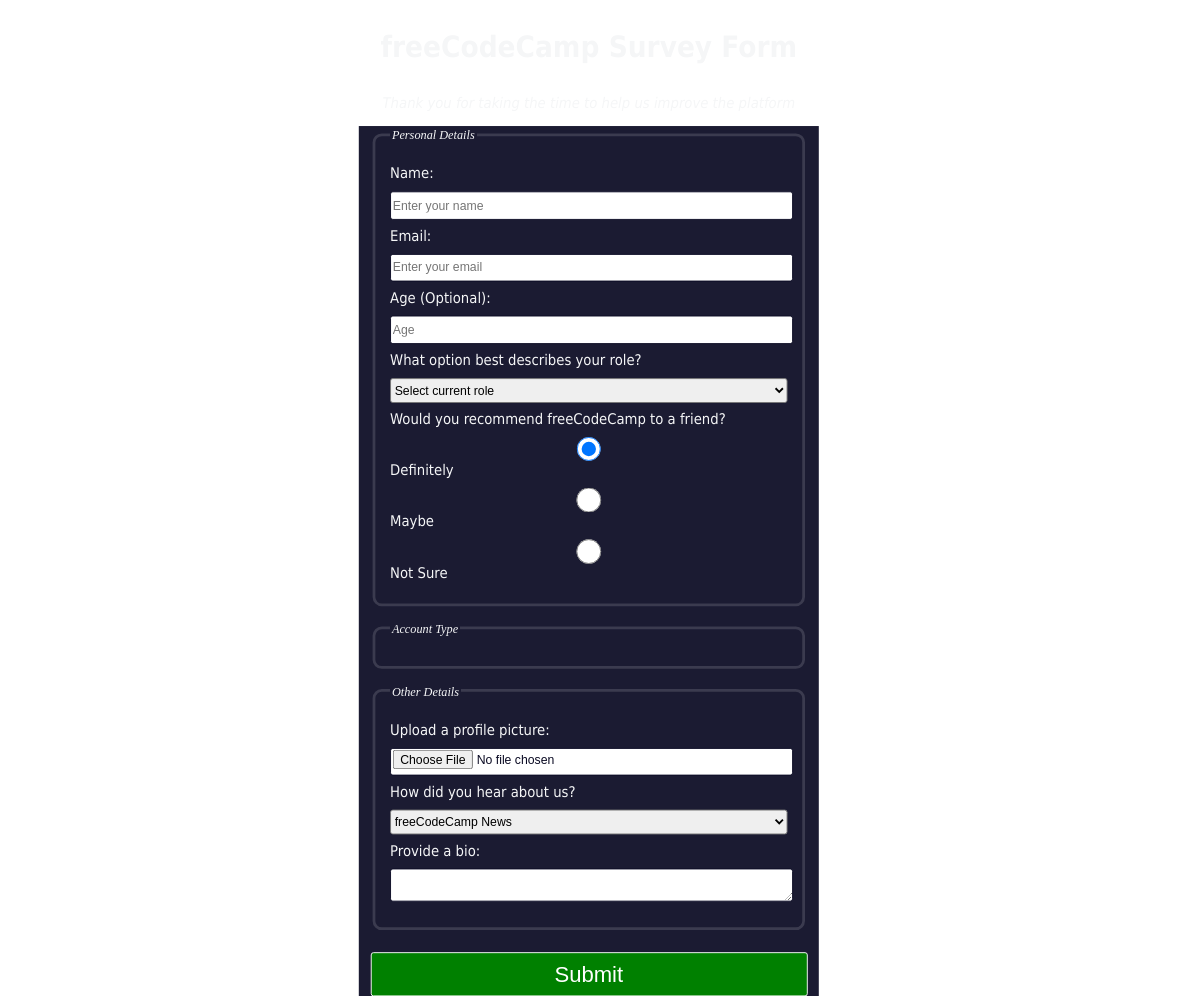
Repository: Lungdjos/survey_form_certification
Page: index.html
These files come from the project's save history. The page is drawn as it stood at one moment and after the next save; the edit follows.
The browser window is 1280 px wide. The pictures show the whole page, at 92% of full size.

Above is the page before, as saved 2023-09-30 03:49:36.

After the next save:
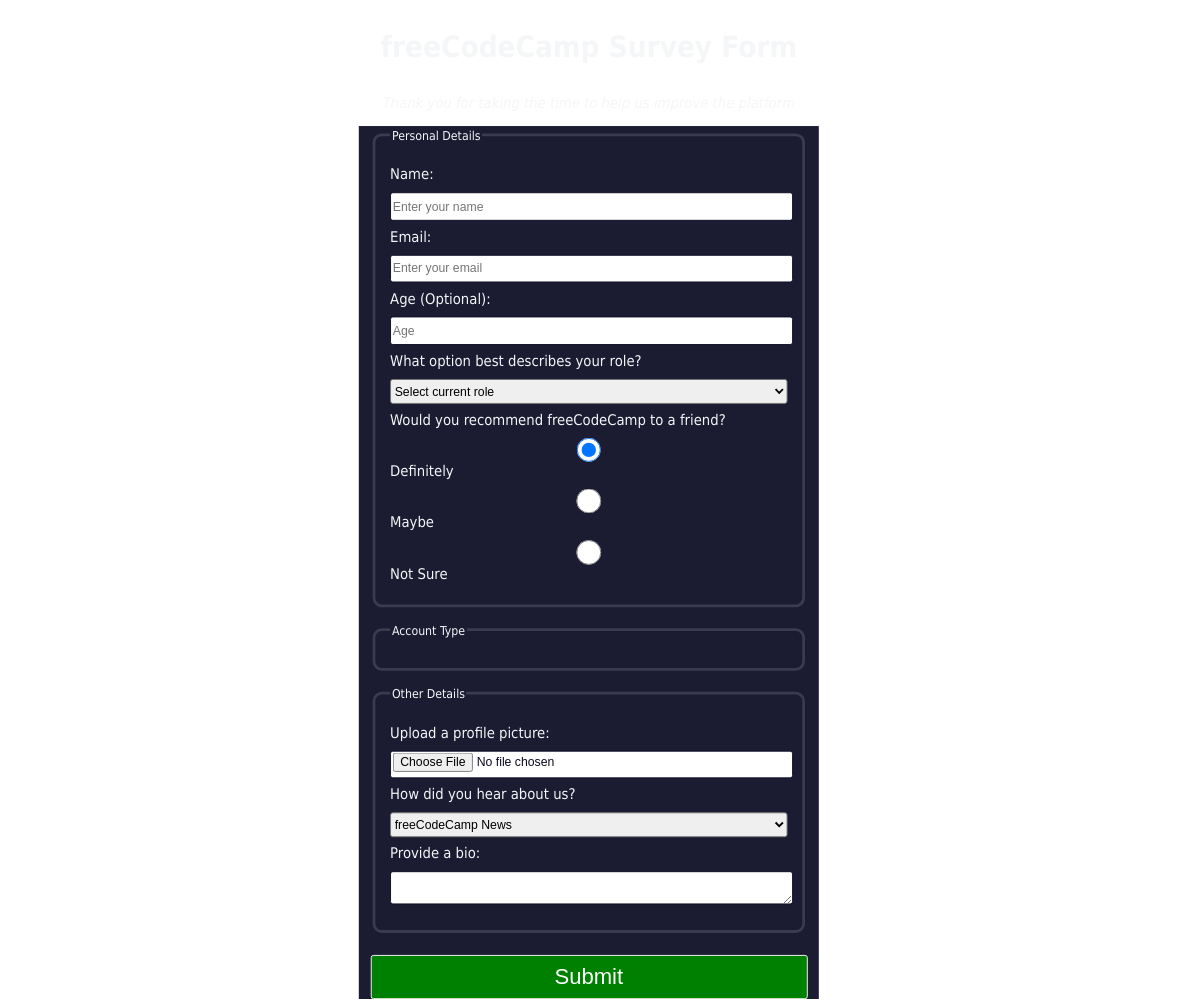
Saved 22 s later.
--- a/styles.css
+++ b/styles.css
@@ -65,7 +65,8 @@
     ;
 }
 
-input {}
+
+/* input {}
 
 .inline label {
     display: inline;
@@ -91,7 +92,7 @@
     margin-right: 15px;
 }
 
-legend {
+*/ legend {
     font-style: italic;
     font-family: 'Times New Roman', Times, serif;
 }

After the save that followed:
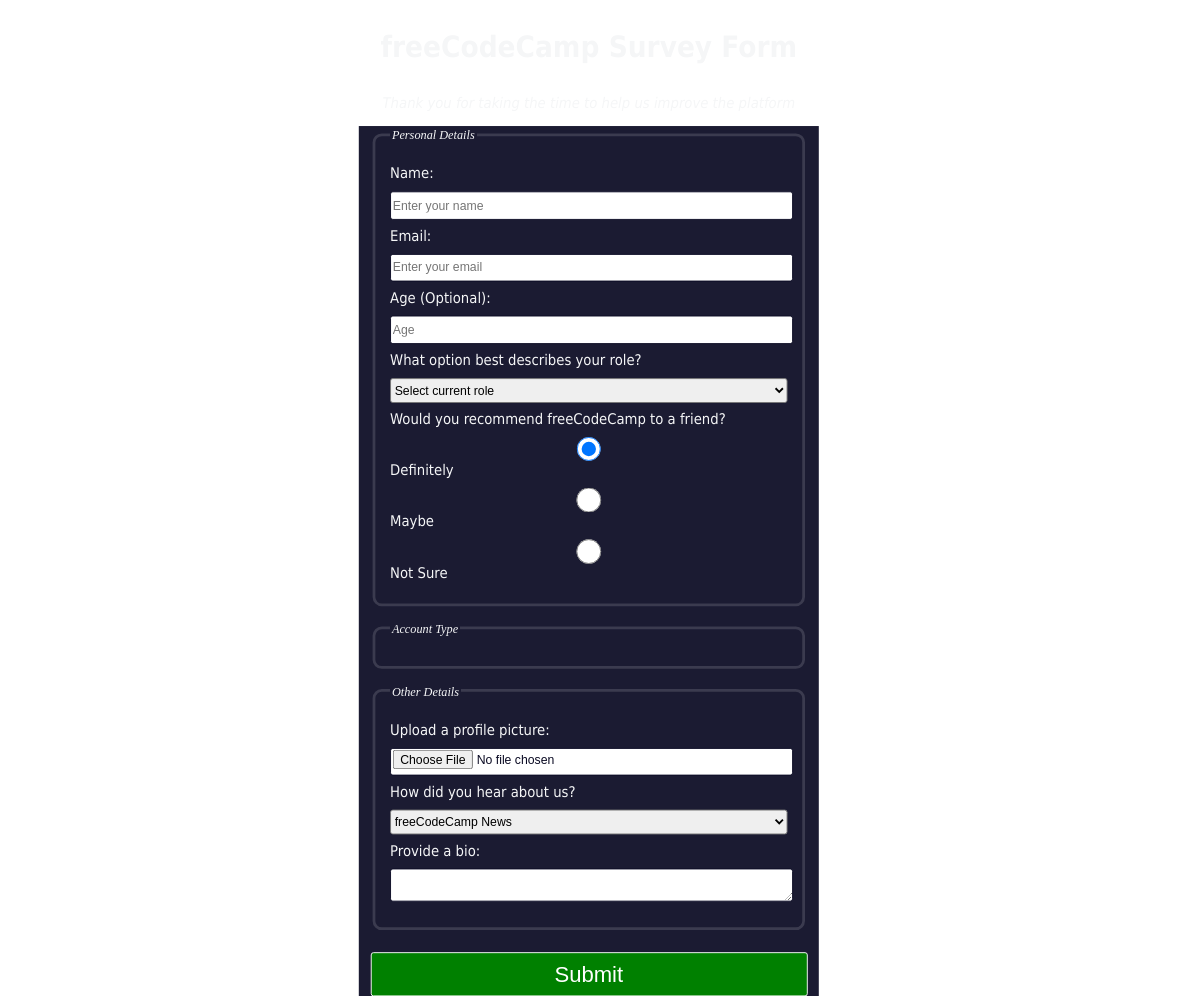
Saved 24 s later.
--- a/styles.css
+++ b/styles.css
@@ -86,13 +86,15 @@
 }
 
 
-/* Add some margin between each radio button and text */
+/* Add some margin between each radio button and text
 
 label input[type="radio"]+label {
     margin-right: 15px;
 }
 
-*/ legend {
+*/
+
+legend {
     font-style: italic;
     font-family: 'Times New Roman', Times, serif;
 }
